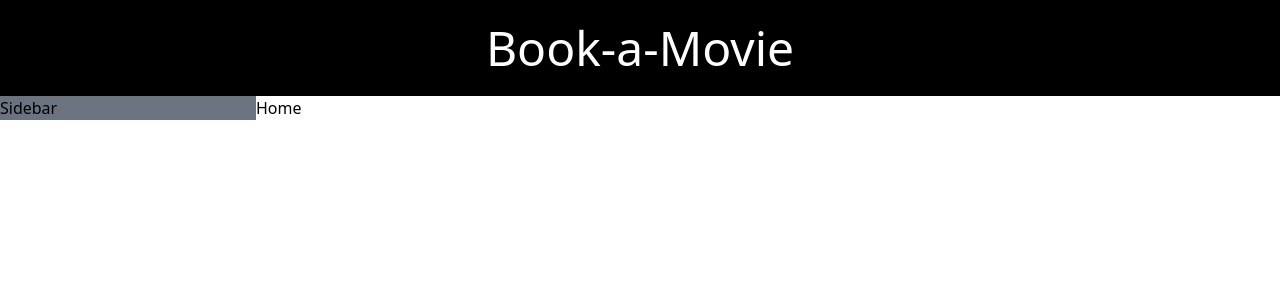
Repository: BhumilModi/movie-booking-app-assignment
Page: /Home
These files come from the project's save history. The page is drawn as it stood at one moment and after the next save; the edit follows.
The browser window is 1280 px wide. The pictures show the whole page.
The project was rebuilt for these pictures with package versions that can differ from the ones it lists, and the page was loaded fresh each time. Also part of the build but not shown: src/App.css, src/components/Login.jsx, src/components/SignUp.jsx.

Above is the page before, as saved 2022-11-29 19:06:05.

After the next save:
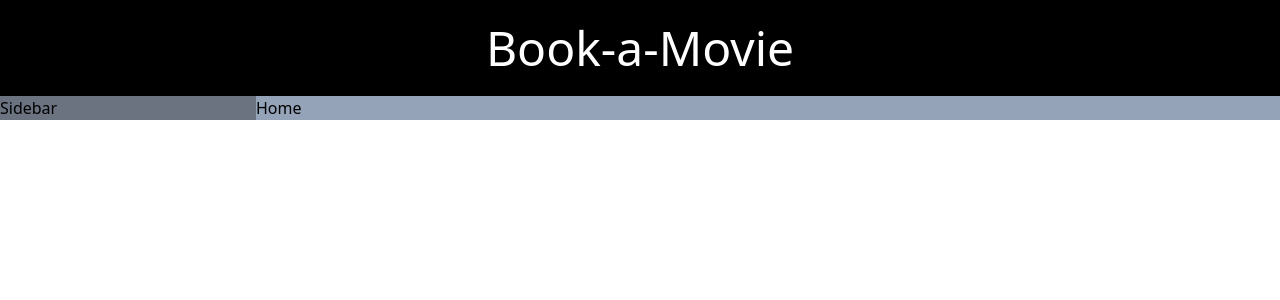
Saved 7 s later.
--- a/src/components/Home.jsx
+++ b/src/components/Home.jsx
@@ -6,7 +6,7 @@ function Home() {
   return (
     <div>
       <Navbar />
-      <div className="flex h-full">
+      <div className="flex h-full bg-slate-400">
         <Sidebar />
         Home
       </div>
